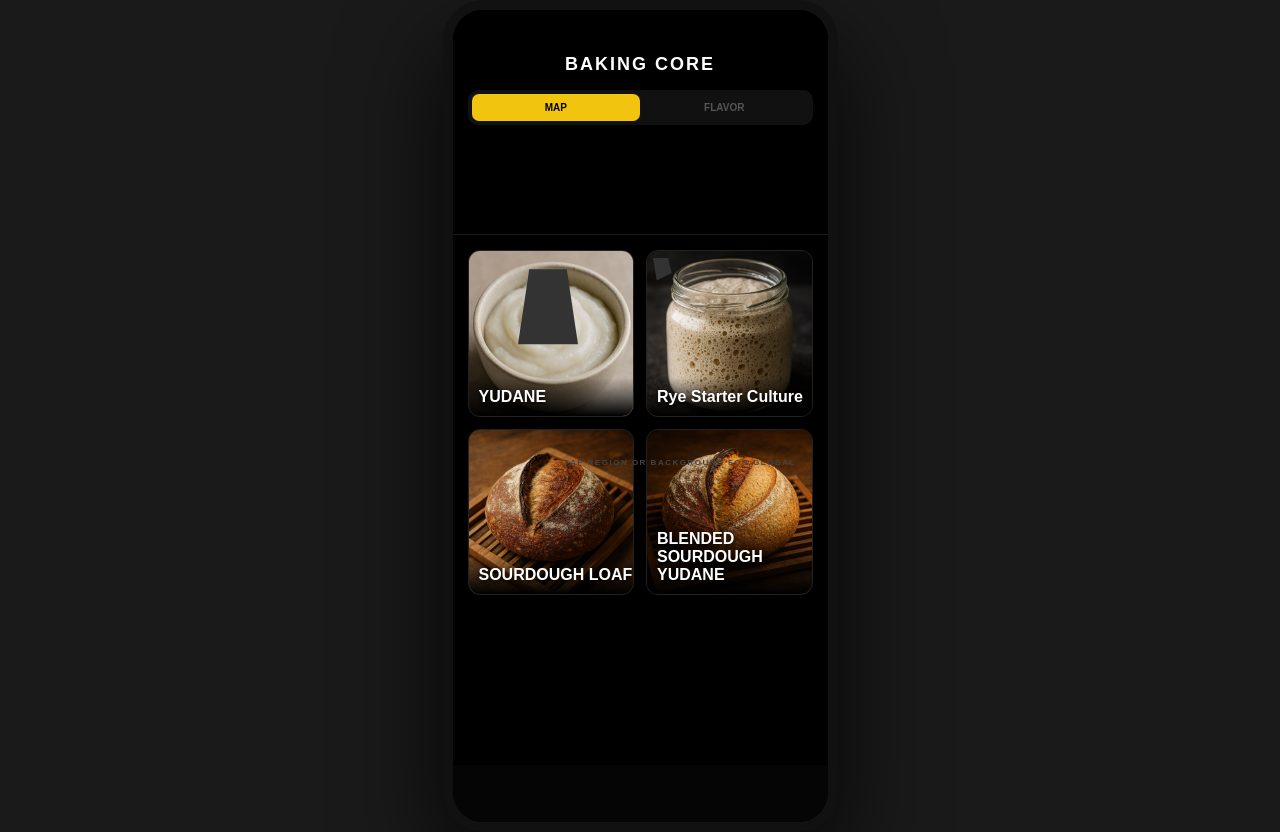
Repository: dkg11hu/baking-core
Page: index.html
An editor plug-in stored every save of this project. The page is shown before and after the next save, followed by the edit.
The browser window is 1280 px wide. The pictures show the whole page.

Above is the page before, as saved 2026-01-03 15:13:27.

### index.html
<!DOCTYPE html>
<html lang="en">
<head>
    <meta charset="UTF-8">
    <link rel="icon" href="data:[embedded picture, 216 characters]">
    <meta name="viewport" content="width=device-width, initial-scale=1.0, maximum-scale=1.0, user-scalable=no">
    <title>Baking Core | XS Driver</title>
    <link rel="stylesheet" href="style.css">
</head>
<body>
    <div class="iphone-xs">
        <div class="notch"></div>
        <div class="screen-content">
            <section id="browser-view">
                <div class="sticky-header">
                    <h1 class="brand-title">Baking Core</h1>
                    <div id="graphical-selector"></div>
                    <div id="filter-chips" class="chip-container"></div>
                </div>
                <div id="tile-grid" class="tile-grid"></div>
            </section>
            <section id="workflow-view" class="hidden">
                <div id="media-stage" class="media-container"></div>
                <div class="content-stage">
                    <div id="step-metadata"></div>
                    <div id="step-description"></div>
                </div>
                <div class="stepper-controls">
                    <button class="btn-nav" onclick="changeStep(-1)">BACK</button>
                    <button class="btn-nav primary" onclick="changeStep(1)">NEXT</button>
                </div>
            </section>
        </div>
        <div class="home-indicator"></div>
    </div>
    <script type="module" src="app.js"></script>
</body>
</html>

### style.css
:root {
    --primary: #f1c40f;
    --bg: #000;
    --phone-w: 375px;
    --phone-h: 812px;
}

body {
    margin: 0; background: #1a1a1a; display: flex; justify-content: center;
    align-items: center; min-height: 100vh; font-family: sans-serif; overflow: hidden;
}

.iphone-xs {
    width: var(--phone-w); height: var(--phone-h); background: #000;
    border-radius: 40px; position: relative; border: 10px solid #111;
    overflow: hidden; box-shadow: 0 40px 100px rgba(0,0,0,0.8);
}

.screen-content { width: 100%; height: 100%; background: var(--bg); display: flex; flex-direction: column; overflow-y: auto; }

/* Selector & Tabs */
.selector-tabs { display: flex; background: #111; padding: 4px; border-radius: 10px; margin: 15px; }
.tab-btn { flex: 1; background: transparent; border: none; color: #555; padding: 8px; font-size: 10px; font-weight: bold; border-radius: 7px; cursor: pointer; }
.tab-btn.active { background: var(--primary); color: #000; }

/* Titles - Forced Visibility */
h2, .tile-label strong, .matrix-labels, .step-counter { color: #fff !important; text-shadow: 0 2px 4px #000; }

/* Flavor Matrix */
.flavor-plot { width: 100%; aspect-ratio: 1/1; background: #080808; border: 1px solid #222; position: relative; border-radius: 8px; }
.axis-x { position: absolute; bottom: 50%; width: 100%; height: 1px; background: #333; }
.axis-y { position: absolute; left: 50%; height: 100%; width: 1px; background: #333; }
.flavor-dot { position: absolute; width: 10px; height: 10px; background: var(--primary); border-radius: 50%; transform: translate(-50%, 50%); cursor: pointer; }

/* Tiles */
.tile-grid { display: grid; grid-template-columns: 1fr 1fr; gap: 12px; padding: 15px; }
.tile { aspect-ratio: 1/1; background: #111; border-radius: 12px; overflow: hidden; position: relative; border: 1px solid #222; }
.tile img { width: 100%; height: 100%; object-fit: cover; }
.tile-label { position: absolute; bottom: 0; width: 100%; padding: 10px; background: linear-gradient(transparent, #000); }

/* Step Metadata */
.step-counter { font-size: 9px; letter-spacing: 2.5px; margin-bottom: 8px; font-weight: 900; text-transform: uppercase; }
.tool-tags { display: flex; gap: 6px; margin-top: 15px; flex-wrap: wrap; }
.tag { background: #1a1a1a; color: #888; font-size: 8px; padding: 4px 10px; border-radius: 4px; border: 1px solid #333; text-transform: uppercase; font-weight: bold; }

/* Fallback Media */
.fallback-ui { width: 100%; height: 210px; background: radial-gradient(circle, #0a0a0a 0%, #000 100%); display: flex; flex-direction: column; justify-content: center; align-items: center; color: #444; font-size: 10px; border-bottom: 1px solid #1a1a1a; }
.artisan-loader { width: 25px; height: 25px; border: 2px solid #222; border-top-color: var(--primary); border-radius: 50%; animation: spin 1s linear infinite; }
@keyframes spin { to { transform: rotate(360deg); } }

/* Media Container */
.media-container {
    width: 100%;
    height: 240px;
    background: #050505;
    position: relative;
    border-bottom: 1px solid #1a1a1a;
}

.step-video {
    width: 100%;
    height: 100%;
    object-fit: cover;
}

/* Fallback Visualizer */
.media-fallback {
    width: 100%;
    height: 100%;
    display: flex;
    flex-direction: column;
    justify-content: center;
    align-items: center;
    background: radial-gradient(circle, #0f0f0f 0%, #000 100%);
}

.visualizer-icon {
    position: relative;
    width: 60px;
    height: 60px;
    margin-bottom: 20px;
}

.pulse-ring {
    width: 100%;
    height: 100%;
    border: 1px solid var(--primary);
    border-radius: 50%;
    animation: pulse 2s infinite ease-out;
}

.inner-dot {
    position: absolute;
    top: 50%; left: 50%;
    width: 6px; height: 6px;
    background: var(--primary);
    border-radius: 50%;
    transform: translate(-50%, -50%);
}

.tech-id {
    color: #fff;
    font-size: 10px;
    letter-spacing: 2px;
    font-weight: 800;
}

.status-msg {
    color: #444;
    font-size: 8px;
    margin-top: 5px;
    font-weight: 900;
}

@keyframes pulse {
    0% { transform: scale(0.5); opacity: 1; }
    100% { transform: scale(1.5); opacity: 0; }
}

/* 1. Map Visibility Fix */
#view-map {
    display: block; /* Ensure it's not hidden by default */
    width: 100%;
    padding: 20px;
    fill: #333; /* Default SVG color */
}

#view-map svg {
    width: 100%;
    height: auto;
}

/* 2. Text Spacing Fix (step_discardASSET_PENDING) */
.fallback-text-group {
    display: flex;
    flex-direction: column;
    align-items: center;
    gap: 8px; /* Adds space between ID and Status */
}

/* 3. Premium Button Formatting */
.stepper-controls {
    display: flex;
    gap: 15px;
    padding: 20px;
    background: #000;
    margin-top: auto; /* Pushes buttons to bottom of screen */
    border-top: 1px solid #1a1a1a;
}

.nav-btn {
    flex: 1;
    padding: 16px;
    border-radius: 12px;
    border: none;
    font-size: 12px;
    font-weight: 900;
    letter-spacing: 1px;
    text-transform: uppercase;
    cursor: pointer;
    transition: transform 0.1s;
}

.nav-btn:active { transform: scale(0.96); }

.nav-btn.primary {
    background: var(--primary);
    color: #000;
}

.nav-btn.secondary {
    background: #1a1a1a;
    color: #fff;
    border: 1px solid #333;
}

/* Step Title Polish */
.step-title {
    color: #fff;
    font-size: 22px;
    margin: 10px 0;
    font-weight: 200; /* Modern, thin aesthetic */
}

/* --- BUTTON & CONTROL FORMATTING --- */
.stepper-controls {
    display: flex;
    gap: 12px;
    padding: 20px;
    background: #000;
    margin-top: auto; /* Pushes to bottom */
    border-top: 1px solid #1a1a1a;
}

/* Ensure this matches your HTML class btn-nav */
.btn-nav {
    flex: 1;
    padding: 16px;
    border-radius: 12px;
    border: none;
    font-size: 12px;
    font-weight: 900;
    letter-spacing: 1px;
    text-transform: uppercase;
    cursor: pointer;
    background: #1a1a1a;
    color: #fff;
    transition: transform 0.1s;
}

.btn-nav.primary {
    background: var(--primary);
    color: #000;
}

.btn-nav:active { transform: scale(0.96); }

/* --- GATEWAY SCREEN (Step 0) --- */
.gateway-screen {
    padding: 30px;
    display: flex;
    flex-direction: column;
    height: 100%;
}

.choice-container {
    display: flex;
    flex-direction: column;
    gap: 16px;
    margin-top: 40px;
}

.choice-card {
    background: #0a0a0a;
    border: 1px solid #222;
    padding: 24px;
    border-radius: 16px;
    display: flex;
    align-items: center;
    gap: 16px;
    cursor: pointer;
    text-align: left;
    width: 100%;
}

.choice-card.highlight {
    border-color: var(--primary);
    background: rgba(241, 196, 15, 0.05);
}

.choice-card .icon { font-size: 24px; color: var(--primary); }
.choice-card strong { display: block; color: #fff; font-size: 15px; margin-bottom: 4px; }
.choice-card span { color: #555; font-size: 11px; }

/* --- BUTTON STATES --- */
.btn-nav:disabled {
    background: #111 !important;
    color: #333 !important;
    border: 1px solid #222 !important;
    cursor: not-allowed;
    transform: none !important;
    filter: grayscale(1);
    opacity: 0.5;
}

/* Ensure the primary next button only glows when active */
.btn-nav.primary:not(:disabled) {
    background: var(--primary);
    box-shadow: 0 4px 15px rgba(241, 196, 15, 0.3);
}

/* Unlit / Disabled State (Default) */
.btn-nav {
    flex: 1;
    padding: 16px;
    border-radius: 12px;
    border: 1px solid #222;
    background: #0a0a0a;
    color: #444; /* Dimmed text */
    font-size: 11px;
    font-weight: 900;
    text-transform: uppercase;
    letter-spacing: 1px;
    transition: all 0.3s ease;
}

/* Lit State: NEXT Button */
.btn-nav.primary:not(:disabled) {
    background: var(--primary); /* #f1c40f Gold */
    color: #000;
    border: none;
    box-shadow: 0 0 15px rgba(241, 196, 15, 0.4);
}

/* Lit State: BACK Button */
.btn-nav:not(.primary):not(:disabled) {
    background: #1a1a1a;
    color: #fff;
    border: 1px solid #444;
}

/* Tile Selection Feedback */
.tile.selected {
    border: 2px solid var(--primary);
    background: rgba(241, 196, 15, 0.1);
}

/* Prevent Screen Wobble */
.sticky-header {
    position: sticky;
    top: 0;
    z-index: 100;
    background: #000;
    /* Lock the header height so it doesn't expand/contract */
    height: 180px;
    display: flex;
    flex-direction: column;
    padding-top: 44px; /* Notch clearance */
}

.tile-grid {
    display: grid;
    grid-template-columns: 1fr 1fr;
    gap: 12px;
    padding: 15px;
    /* Ensure the grid doesn't collapse */
    min-height: 500px;
    align-content: start;
}

/* Fix Title Layout */
.brand-title {
    height: 40px;
    margin: 0;
    display: flex;
    align-items: center;
    justify-content: center;
    color: #fff;
    font-size: 18px;
    letter-spacing: 2px;
    text-transform: uppercase;
}

/* Fix Screen Wobble */
.tile-img-box {
    width: 100%;
    aspect-ratio: 1 / 1; /* Reserve space before image loads */
    background: #0a0a0a;
    overflow: hidden;
}

.tile-img-box img {
    width: 100%;
    height: 100%;
    object-fit: cover;
}

/* Ensure sticky header doesn't jitter */
.sticky-header {
    height: 180px;
    position: sticky;
    top: 0;
    z-index: 100;
    background: #000;
}

/* Selected State for Gallery */
.tile.selected {
    border: 2px solid var(--primary);
    background: rgba(241, 196, 15, 0.1);
}


/* --- Global Hierarchy --- */
.iphone-xs {
    display: flex;
    flex-direction: column;
    overflow: hidden;
    background: #000;
}

.screen-content {
    flex: 1;
    display: flex;
    flex-direction: column;
    overflow-y: auto;
}

/* --- Fixed Header Logic --- */
.sticky-header {
    background: #000;
    padding-top: 44px; /* Notch area */
    border-bottom: 1px solid #1a1a1a;
    flex-shrink: 0;
}

.selector-slot {
    height: 240px; /* Lock this height to stop the wobble */
    display: flex;
    flex-direction: column;
    align-items: center;
    justify-content: center;
    position: relative;
}

/* --- Map & Hint Alignment --- */
#view-map {
    width: 100%;
    height: 100%;
    position: relative;
    display: flex;
    flex-direction: column;
    justify-content: center;
}

.map-hint {
    position: absolute;
    bottom: 10px;
    width: 100%;
    text-align: center;
    font-size: 8px;
    font-weight: 900;
    color: #444;
    letter-spacing: 1.5px;
    pointer-events: none; /* Allows clicks to pass through to the map */
}

### src/UI/State.mjs
export const State = {
    ssot: null,
    locale: null,
    currentId: null,
    currentStepIdx: 0,

    async init() {
        const [sRes, lRes] = await Promise.all([
            fetch('./data/Store/Registry/definitions.json'),
            fetch('./data/Store/Locale/en.json')
        ]);
        this.ssot = await sRes.json();
        this.locale = await lRes.json();
        return { ssot: this.ssot, locale: this.locale };
    }
};

### src/UI/Gallery.mjs
import { MediaHelper } from './MediaHelper.mjs';
import { MapSelection } from './Map.mjs';

export const Gallery = {
    selectedId: null,
    currentTerritory: 'ALL',

    render(ssot, locale) {
        const selector = document.getElementById('graphical-selector');
        if (selector) {
            selector.innerHTML = `
                <div class="selector-tabs">
                    <button class="tab-btn active" onclick="window.switchSelector('map')">MAP</button>
                    <button class="tab-btn" onclick="window.switchSelector('flavor')">FLAVOR</button>
                </div>
                <div id="view-map">${MapSelection.render()}</div>
            `;
        }
        this.filterByTerritory('ALL', ssot, locale);
    },

    filterByTerritory(territory, ssot, locale) {
        this.currentTerritory = territory;
        this.selectedId = null; // Reset selection on new filter
        const products = Object.entries(ssot.registry).filter(([id, data]) => {
            return data.type === 'BRANCH' && (territory === 'ALL' || data.classification?.territory === territory);
        });
        this.renderTiles(products, locale);
        this.updateButtonStates();
    },

    renderTiles(products, locale) {
        const grid = document.getElementById('tile-grid');

        // An inline SVG so we never trigger a 404 network request
        const inlineFallback = `data:[embedded picture, 33 characters]<svg xmlns='http://www.w3.org/2000/svg' viewBox='0 0 100 100'><rect width='100' height='100' fill='%23111'/><path d='M30 70 L50 30 L70 70' stroke='%23333' stroke-width='2' fill='none'/></svg>`;

        grid.innerHTML = products.map(([id, data]) => {
            const name = locale[id] || id.replace('PROD_', '').replace(/_/g, ' ');
            // Logic-blind path from db
            const imgSrc = data.ui_features?.tile_photo || '';

            return `
                <div class="tile" data-id="${id}" onclick="Gallery.selectProduct('${id}')">
                    <div class="tile-img-box">
                        <img src="${imgSrc}"
                            onerror="this.onerror=null; this.src='${inlineFallback}';">
                    </div>
                    <div class="tile-label">
                        <strong>${name}</strong>
                    </div>
                </div>`;
        }).join('');
    },

    selectProduct(id) {
        this.selectedId = id;
        document.querySelectorAll('.tile').forEach(t => t.classList.toggle('selected', t.dataset.id === id));
        this.updateButtonStates();
    },

    updateButtonStates() {
        const nextBtn = document.querySelector('.btn-nav.primary');
        const backBtn = document.querySelector('.btn-nav:not(.primary)');

        if (nextBtn) nextBtn.disabled = !this.selectedId;
        if (backBtn) backBtn.disabled = (this.currentTerritory === 'ALL');
    }
};

### src/UI/FlavorWheel.mjs
export const FlavorWheel = {
    render() {
        return `
            <div class="flavor-matrix-container">
                <div class="matrix-labels"><span>SALTY</span><span>SWEET</span></div>
                <div id="flavor-plot" class="flavor-plot">
                    <div class="axis-x"></div><div class="axis-y"></div>
                </div>
                <div class="matrix-legend">Hover to identify • Tap to start</div>
            </div>`;
    },

    async plotProducts(ssot, locale) {
        const plot = document.getElementById('flavor-plot');
        const products = Object.entries(ssot.registry).filter(([_, item]) => item.type === 'BRANCH');

        for (const [id, data] of products) {
            try {
                const res = await fetch(`./data/Store/Entities/${id.toLowerCase()}.json`);
                if (!res.ok) continue;
                const entity = await res.json();

                const coords = this.getCoords(entity.formula, ssot);
                const dot = document.createElement('div');
                dot.className = 'flavor-dot';
                dot.style.left = `${coords.x * 100}%`;
                dot.style.bottom = `${coords.y * 100}%`;

                dot.onmousemove = (e) => window.showHelper(e, locale[id] || id);
                dot.onmouseleave = window.hideHelper;
                dot.onclick = () => window.startWorkflow(id);
                plot.appendChild(dot);
            } catch (e) { console.warn("Plot error", e); }
        }
    },

    getCoords(formula, ssot) {
        let salt = 0, sugar = 0;
        formula.forEach(ing => {
            const mClass = ssot.registry[ing.id]?.material_class;
            if (mClass === 'SALTS') salt += ing.pct;
            if (mClass === 'SWEETENERS') sugar += ing.pct;
        });
        return { x: Math.min(sugar / 0.15, 1), y: Math.min(salt / 0.03, 1) };
    }
};

### src/UI/MapSelection.mjs
export const MapSelection = {
    render() {
        return `
            <div class="map-container">
                <svg viewBox="0 0 1000 500" preserveAspectRatio="xMidYMid meet" class="interactive-map">
                    <path id="EU" d="M480,120 L520,120 L530,160 L490,180 Z"
                          class="map-region"
                          onclick="window.filterByTerritory('EU')"
                          onmousemove="window.showHelper(event, 'EUROPE')"
                          onmouseleave="window.hideHelper()">
                    </path>

                    <path id="AM" d="M150,150 L250,150 L280,350 L120,350 Z"
                          class="map-region"
                          onclick="window.filterByTerritory('AM')"
                          onmousemove="window.showHelper(event, 'AMERICAS')"
                          onmouseleave="window.hideHelper()">
                    </path>

                    <rect width="1000" height="500" fill="transparent"
                          onclick="window.filterByTerritory('ALL')"
                          onmousemove="window.showHelper(event, 'INTERNATIONAL')">
                    </rect>
                </svg>
                <div class="map-hint">TAP REGION OR BACKGROUND FOR GLOBAL</div>
            </div>
        `;
    }
};

### src/UI/MediaHelper.mjs
export const MediaHelper = {
    /**
     * @param {string} url - The path from definitions.json
     * @param {string} id - The Database ID (e.g., PROD_YUDANE)
     */
    safeImage(url, id) {
        // If the database field is empty or path is too short
        if (!url || url.length < 5) return this.getFallbackSVG(id);

        // Return the URL (The browser's onerror will handle physical 404s)
        return url.toLowerCase();
    },

    getFallbackSVG(label = "Baking Core") {
        const svg = `
            <svg xmlns='http://www.w3.org/2000/svg' viewBox='0 0 100 100'>
                <rect width='100' height='100' fill='#121212'/>
                <path d='M30 70 L50 30 L70 70' stroke='#f1c40f' stroke-width='2' fill='none' opacity='0.5'/>
                <text x='50%' y='85%' text-anchor='middle' fill='#555' font-size='6' font-family='monospace' letter-spacing='1'>
                    ${label.toUpperCase()}
                </text>
            </svg>`.trim();
        return `data:[embedded picture, 36 characters])}`;
    }
};

### src/UI/Map.mjs
export const MapSelection = {
    render() {
        return `
            <div class="map-container" id="view-map">
                <svg viewBox="0 0 400 180" class="interactive-map">
                    <rect width="400" height="180" fill="#080808" rx="12"/>

                    <path id="EUROPE"
                          class="map-region"
                          onmousemove="window.showHelper(event, 'Europe')"
                          onmouseleave="window.hideHelper()"
                          onclick="window.filterByTerritory('EUROPE')"
                          d="M160,30 L220,30 L230,80 L170,100 Z" />

                    <path id="ASIA"
                          class="map-region"
                          onmousemove="window.showHelper(event, 'Asia')"
                          onmouseleave="window.hideHelper()"
                          onclick="window.filterByTerritory('ASIA')"
                          d="M270,40 L350,40 L360,110 L280,130 Z" />
                </svg>
            </div>
        `;
    }
};

Loaded but not shown: data/Store/Registry/definitions.json (87 lines, source omitted); data/Store/Locale/en.json (15 lines, source omitted); src/UI/Driver.mjs (88 lines, source omitted); app.js (86 lines, source omitted)

After the next save:
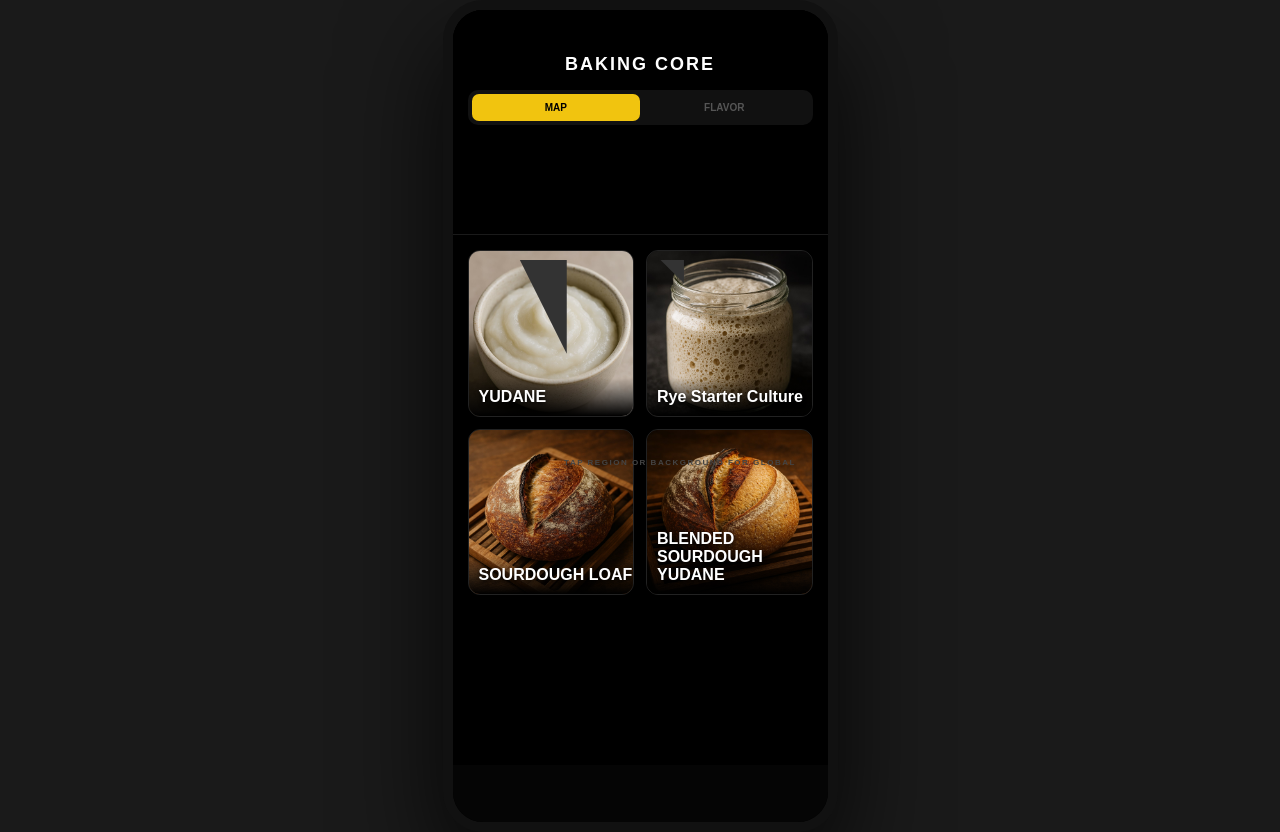
Saved 46 s later.
--- a/src/UI/MapSelection.mjs
+++ b/src/UI/MapSelection.mjs
@@ -1,26 +1,12 @@
 export const MapSelection = {
     render() {
         return `
-            <div class="map-container">
-                <svg viewBox="0 0 1000 500" preserveAspectRatio="xMidYMid meet" class="interactive-map">
-                    <path id="EU" d="M480,120 L520,120 L530,160 L490,180 Z"
-                          class="map-region"
-                          onclick="window.filterByTerritory('EU')"
-                          onmousemove="window.showHelper(event, 'EUROPE')"
-                          onmouseleave="window.hideHelper()">
-                    </path>
+            <div class="map-wrapper">
+                <svg viewBox="0 0 800 400" preserveAspectRatio="xMidYMid meet">
+                    <rect width="800" height="400" fill="transparent" onclick="window.filterByTerritory('ALL')"></rect>
 
-                    <path id="AM" d="M150,150 L250,150 L280,350 L120,350 Z"
-                          class="map-region"
-                          onclick="window.filterByTerritory('AM')"
-                          onmousemove="window.showHelper(event, 'AMERICAS')"
-                          onmouseleave="window.hideHelper()">
-                    </path>
-
-                    <rect width="1000" height="500" fill="transparent"
-                          onclick="window.filterByTerritory('ALL')"
-                          onmousemove="window.showHelper(event, 'INTERNATIONAL')">
-                    </rect>
+                    <path id="EU" class="map-region" d="M400 100 L450 100 L450 150 Z" onclick="window.filterByTerritory('EU')"></path>
+                    <path id="AM" class="map-region" d="M100 100 L200 100 L200 300 Z" onclick="window.filterByTerritory('AM')"></path>
                 </svg>
                 <div class="map-hint">TAP REGION OR BACKGROUND FOR GLOBAL</div>
             </div>
